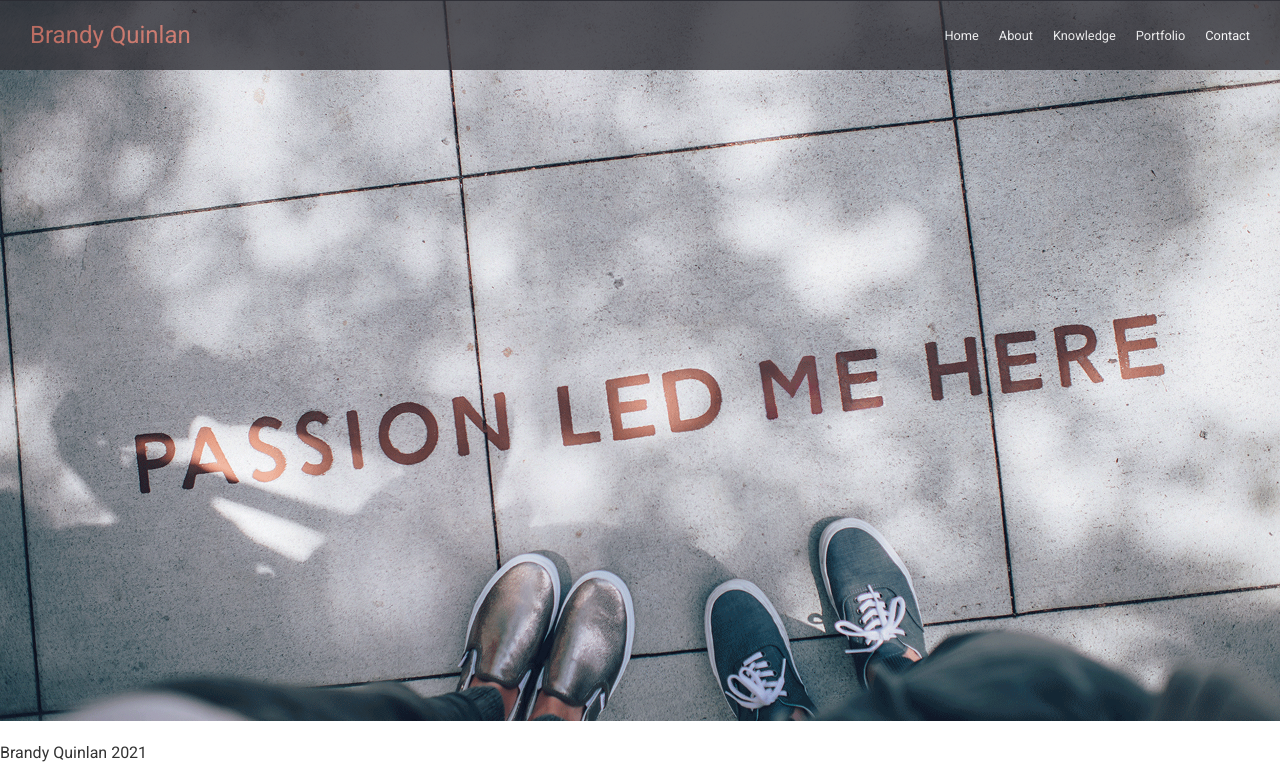
Repository: brandyquinlan/brandyquinlan
Page: index.html
These files come from the project's save history. The page is drawn as it stood at one moment and after the next save; the edit follows.
The browser window is 1280 px wide. The pictures show the whole page.
Some web libraries are served in a nearby version.

Above is the page before, as saved 2021-02-05 11:20:44.

### index.html
<!DOCTYPE html>
<html lang="en">

<head>
    <meta charset="UTF-8">
    <meta name="viewport" content="width=device-width, initial-scale=1.0">
    <link href="https://fonts.googleapis.com/css2?family=Roboto" rel="stylesheet">
    <link href="https://fonts.googleapis.com/css2?family=Raleway" rel="stylesheet">

    <link rel="stylesheet" href="https://cdnjs.cloudflare.com/ajax/libs/font-awesome/5.13.0/css/all.min.css" integrity="sha256-h20CPZ0QyXlBuAw7A+KluUYx/3pK+c7lYEpqLTlxjYQ=" crossorigin="anonymous" />
    <link rel="stylesheet" href="css/style.css">
    <title>Quinlan Portfolio</title>
</head>

<body id="home">
    <header class="hero">
        <div id="navbar" class="navbar">
            <h1 class="name">Brandy Quinlan</h1>
            <nav>
                <ul>
                    <li><a href="#home">Home</a></li>
                    <li><a href="#about">About</a></li>
                    <li><a href="#knowledge">Knowledge</a></li>
                    <li><a href="portfolio.html">Portfolio</a></li>
                    <li><a href="contact.html">Contact</a></li>
                </ul>
            </nav>
        </div>
        <section class="container">
            <img src="img/ian-schneider-TamMbr4okv4-unsplash.png" alt="" class="no-repeat  center center/cover">
        </section>
        <!-- <div id="content">
            <h1>My Slogan</h1>
            <p>Lorem ipsum dolor sit amet, consectetur adipisicing elit. Delectus, molestiae.</p>
        </div> -->
    </header>

    <!-- About -->
    <!-- <section id="aboutMe">
        <h1>About Me</h1>
        <div id="aboutRow1">

            <img class="float-left img-fluid mr-4 w-25" src="img/Me_copy.png" alt="Brandy Quinlan">
        </div>
        <p>
            I have always been a problem-solver and one of those whom just loves technology.
        </p>
        <p>
            I was also the system administrator on Hallmark’s Digital Asset Management system, which contains 14+ million assets and has 6,000 employee users. As the subject matter expert on the system, I served as the first line of defense for users/clients needing
            assistance.
        </p>
        <p> I continuously strive to know the system’s processes and functionality to its fullest and am always yearning to learn more. I am always looking for ways to improve processes, develop and implement efficiencies.
        </p>
        <p>
            The last project I worked on was with a small diversified team tasked with developing and deploying a new web-based application. I became the user champion and developed UX solutions within the software that met the needs of each business served by the
            system. I also developed workflows within the software to improve efficiencies. After working with the analysts on troubleshooting the software as we implemented improvements and deployments, as well as driving the best user experience, I
            wanted to learn more about both the backend and front end coding. Thus, I am attending the KU Coding Bootcamp. I cant wait to see what is in store for me.
        </p> -->

    </section>
    <!-- Portfolio Gallery -->
    <!-- <section class="projects flex-grid section-padding">
        <header class="section-header">
            <h4>This is what we do</h4>
            <p>
                Lorem ipsum dolor sit, amet consectetur adipisicing elit. Fugiat, dolore!
            </p>
        </header>
        <div class="row">
            <div class="projectsGallery">
                <a href="https://brandyquinlan.github.io/PAIR/" data-lightbox="projects" data-title="Lorem ipsum dolor sit">
                    <img src="/img/PAIR.png" alt="" />
                </a>
                <a href="https://brandyquinlan.github.io/HW05_Day_Planner/" data-lightbox="projects" data-title="Lorem ipsum dolor sit">
                    <img src="img/day_planner.png" alt="" />
                </a>
                <a href="" data-lightbox="projects" data-title="Lorem ipsum dolor sit">
                    <img src="" alt="" />
                </a>
                <a href="" data-lightbox="projects" data-title="Lorem ipsum dolor sit">
                    <img src="" alt="" />
                </a>
            </div>
    </section> -->
    <footer>
        <div>
            <p>Brandy Quinlan 2021</p>
        </div>
    </footer>

</body>

</html>

### css/style.css
* {
    box-sizing: border-box;
    margin: 0;
    padding: 0;
}


/* Base Styles */

body {
    font-family: 'Roboto', sans-serif;
    background: #fff;
    color: #333;
    line-height: 1.7;
}

h1,
h2 {
    font-weight: 250;
    font-size: 1.5rem;
    line-height: 1.2;
}

ul {
    list-style: none;
}

p {
    margin: 10px 0;
}

a {
    text-decoration: none;
    color: #333;
}

img {
    max-width: 100%;
}


/* .text-primary {
    color: #28a745;
}

.text-secondary {
    color: #0284d0;
} */


/* Header */

header h1 {
    /* color: #e97a5b; */
    color: #d36e5f;
    padding-left: 10px;
}


/* Navbar */

#navbar {
    display: flex;
    align-items: center;
    justify-content: space-between;
    width: 100%;
    height: 70px;
    position: fixed;
    top: 0px;
    background: #333339;
    color: #fff;
    opacity: .8;
    padding: 0 20px;
}

#navbar a {
    color: #fff;
    padding: 10px 10px;
    font-size: .8rem;
}

#navbar a:hover {
    color: #a35a4e;
}

#navbar ul {
    display: flex;
}


/* About */


/*
#aboutMe {
    padding: 40px 100px;
    background: #333339;
    color: #fff;
    opacity: .8;
    font-size: .9rem;
    max-width: 1920px;
}

#aboutMe h1 {
    color: #bf8273;
} */


/* #aboutRow1 {
    display: flex;
    padding: 20px;
    justify-content: space-between;
    margin: 0 20px;
} */


/* #aboutMe img {
    border-radius: 50%;
    margin-right: 50px;
    width: 150px;
    height: 150px;
} */


/* Footer */


/* footer {
    background: #333339;
    opacity: .9;
    height: 60px;
}

footer p {
    display: flex;
    align-items: center;
    justify-content: center;
    color: #fff;
    padding-top: 15px;
} */

After the next save:
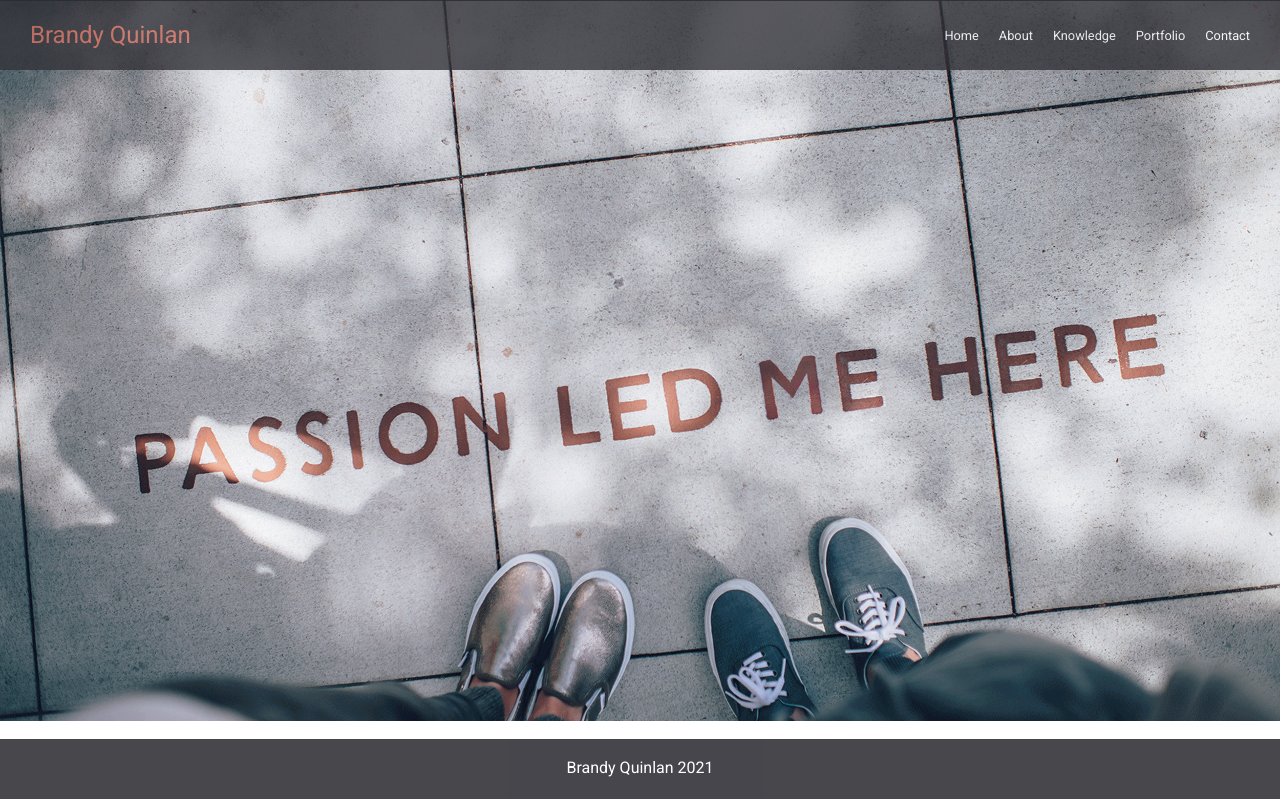
Saved 10 min 59 s later.
--- a/css/style.css
+++ b/css/style.css
@@ -90,8 +90,6 @@ header h1 {
 
 /* About */
 
-
-/*
 #aboutMe {
     padding: 40px 100px;
     background: #333339;
@@ -103,29 +101,26 @@ header h1 {
 
 #aboutMe h1 {
     color: #bf8273;
-} */
+}
 
-
-/* #aboutRow1 {
+#aboutRow1 {
     display: flex;
     padding: 20px;
     justify-content: space-between;
     margin: 0 20px;
-} */
+}
 
-
-/* #aboutMe img {
+#aboutMe img {
     border-radius: 50%;
     margin-right: 50px;
     width: 150px;
     height: 150px;
-} */
+}
 
 
 /* Footer */
 
-
-/* footer {
+footer {
     background: #333339;
     opacity: .9;
     height: 60px;
@@ -137,4 +132,4 @@ footer p {
     justify-content: center;
     color: #fff;
     padding-top: 15px;
-} */
+}
